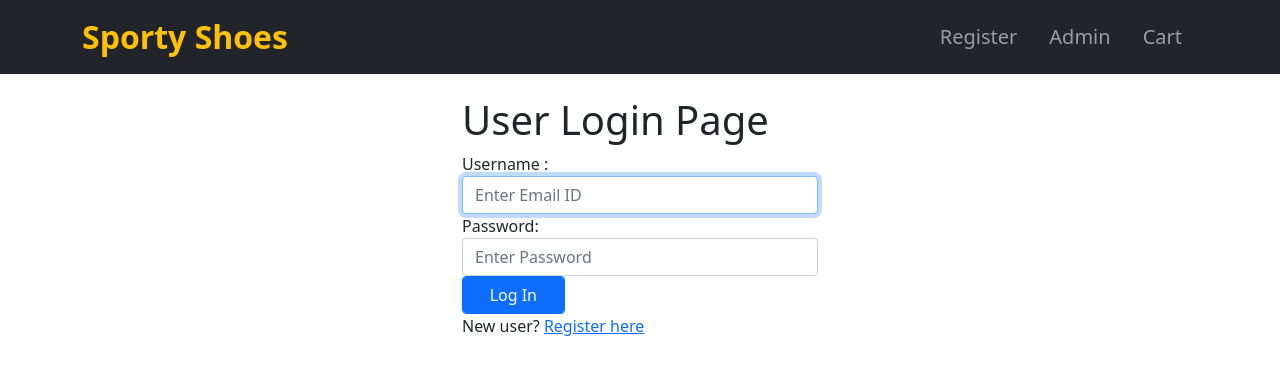
Repository: Niks4u2/SportyShoes
Page: http://localhost/login
These files come from the project's save history. The page is drawn as it stood at one moment and after the next save; the edit follows.
The browser window is 1280 px wide. The pictures show the whole page.
Some web libraries are served in a nearby version. The page is this project's Thymeleaf template; nobody is signed in. The template is opened directly, without the code that normally fills it, so the values that code supplies are empty.

Above is the page before, as saved 2021-11-08 12:28:01.

After the next save:
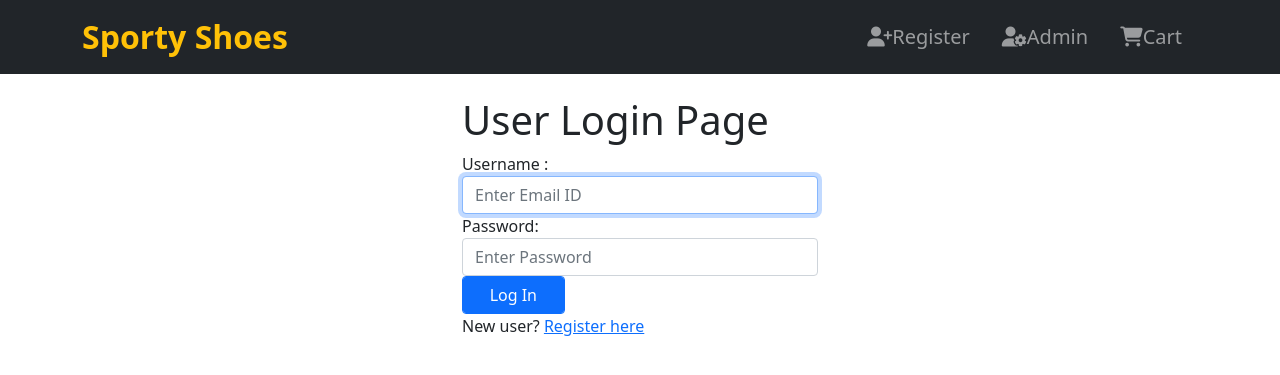
Saved 6 min 7 s later.
--- a/Source Code/sporty-shoes/src/main/resources/templates/login.html
+++ b/Source Code/sporty-shoes/src/main/resources/templates/login.html
@@ -22,13 +22,13 @@
             <div class="collapse navbar-collapse" id="navmenu">
                 <ul class="navbar-nav ms-auto">
                     <li class="nav-item">
-                        <a href="#about" class="nav-link lead px-3">Register</a>
+                        <a href="#about" class="nav-link lead px-3"><i class="fa-solid fa-user-plus"></i>Register</a>
                     </li>
                     <li class="nav-item">
-                        <a href="#work" class="nav-link lead px-3">Admin</a>
+                        <a href="#work" class="nav-link lead px-3"><i class="fas fa-user-cog"></i>Admin</a>
                     </li>
                     <li class="nav-item">
-                        <a href="#contact" class="nav-link lead px-3">Cart</a>
+                        <a href="#contact" class="nav-link lead px-3"><i class="fa-solid fa-cart-shopping"></i>Cart</a>
                     </li>
                 </ul>
             </div>
